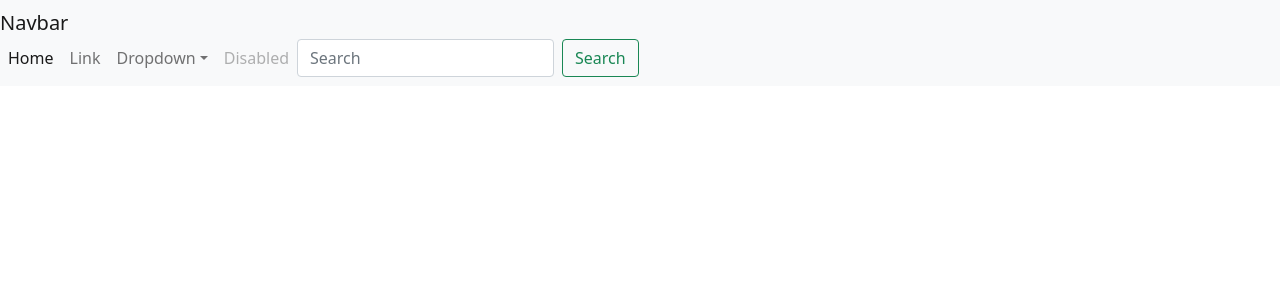
Repository: R-cpu-jpg/Newsapp.github.io
Page: /
These files come from the project's save history. The page is drawn as it stood at one moment and after the next save; the edit follows.
The browser window is 1280 px wide. The pictures show the whole page.
The project was rebuilt for these pictures with package versions that can differ from the ones it lists, and the page was loaded fresh each time. Also part of the build but not shown: src/index.css, src/App.css.

Above is the page before, as saved 2023-01-18 10:54:10.

After the next save:
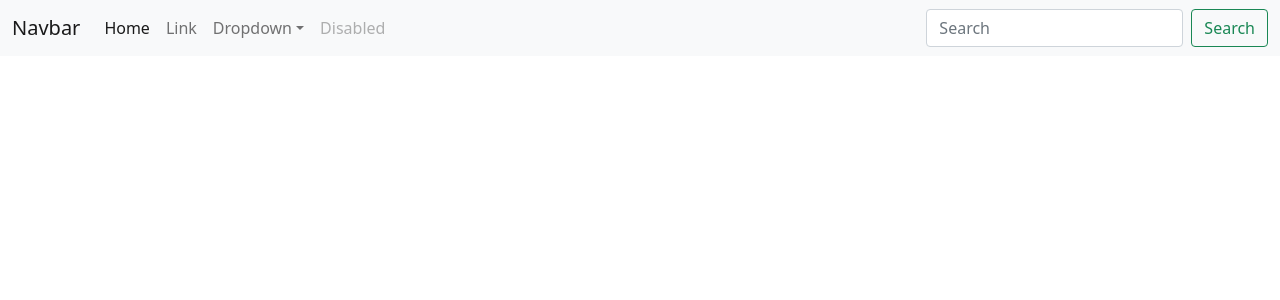
Saved 58 s later.
--- a/src/Components/Navbar.js
+++ b/src/Components/Navbar.js
@@ -6,7 +6,7 @@
     return (
       <div>
         <nav className="navbar navbar-expand-lg navbar-light bg-light">
-            <div classNameName="container-fluid">
+            <div className="container-fluid">
                 <a className="navbar-brand" href="#">Navbar</a>
                 <button className="navbar-toggler" type="button" data-bs-toggle="collapse" data-bs-target="#navbarSupportedContent" aria-controls="navbarSupportedContent" aria-expanded="false" aria-label="Toggle navigation">
                 <span className="navbar-toggler-icon"></span>
